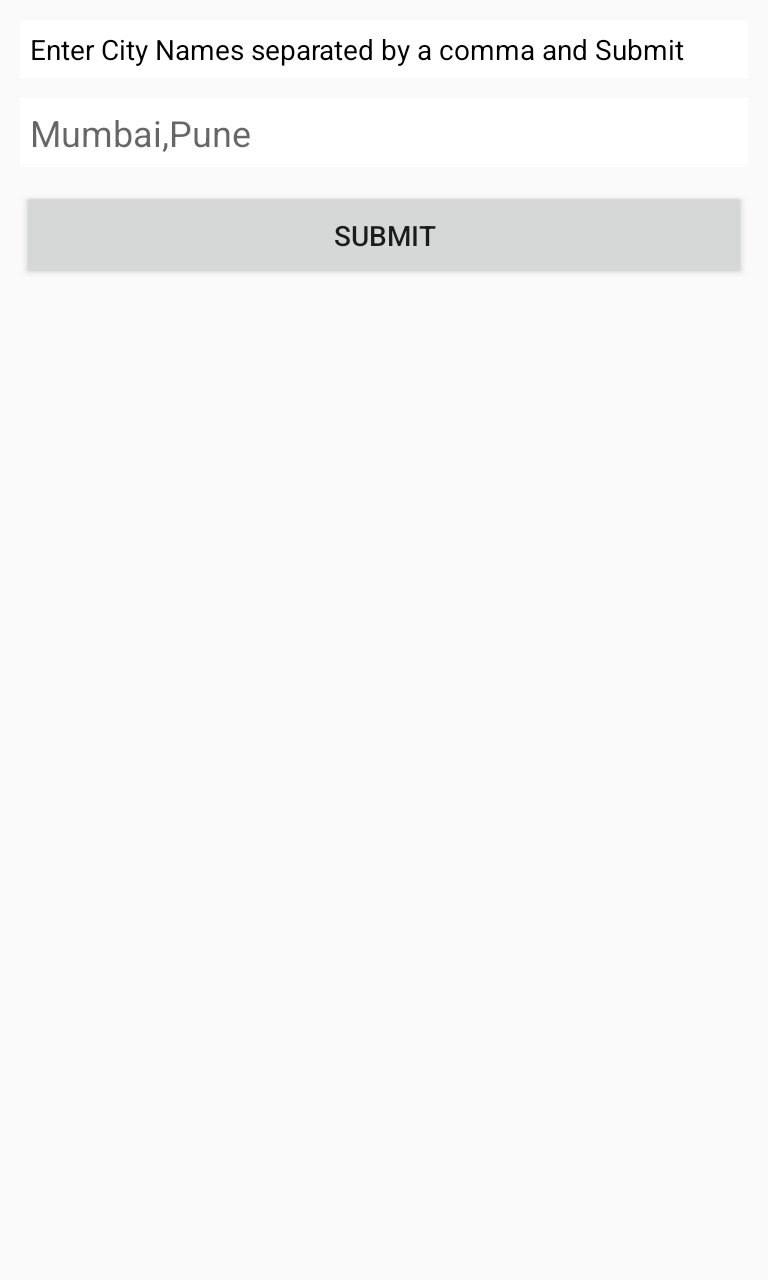
Repository: bhameamit/LeftShiftTask
Layout: LeftShiftTask/LeftShiftTak/res/layout/activity_main.xml
The author's editor kept a copy of each file at every save. The layout is drawn from the files as they stood at one save, then again after the next save.
It is drawn on a 768 x 1280 px phone screen (xhdpi) without system bars, with theme AppTheme; the app's code is not run.

Above is the layout before, as saved 2015-02-19 20:49:05.

After the next save:
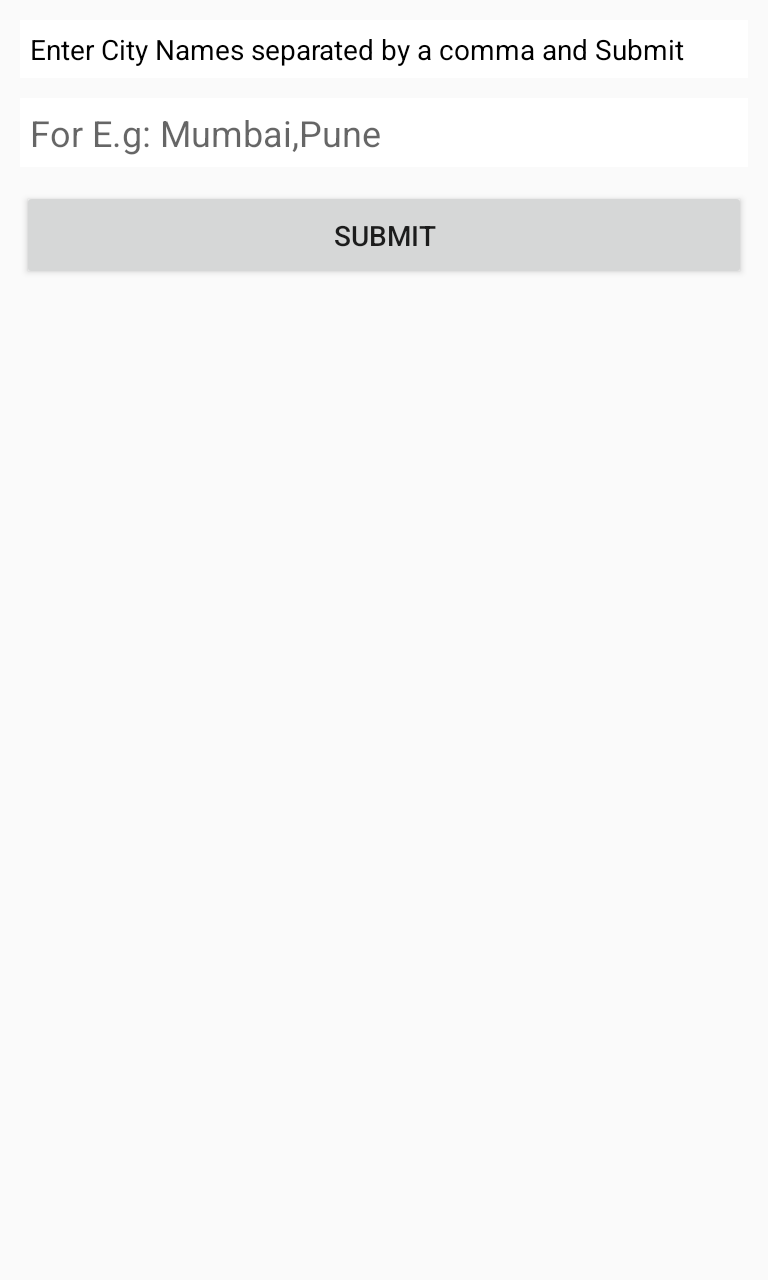
Saved 10 s later.
--- a/LeftShiftTask/LeftShiftTak/res/values/strings.xml
+++ b/LeftShiftTask/LeftShiftTak/res/values/strings.xml
@@ -7,6 +7,6 @@
     <string name="title_activity_list_cities">ListCitiesActivity</string>
 
     <string name="info">Enter City Names separated by a comma and Submit</string>
-    <string name="example">Mumbai,Pune</string>
+    <string name="example">For E.g: Mumbai,Pune</string>
 
 </resources>
